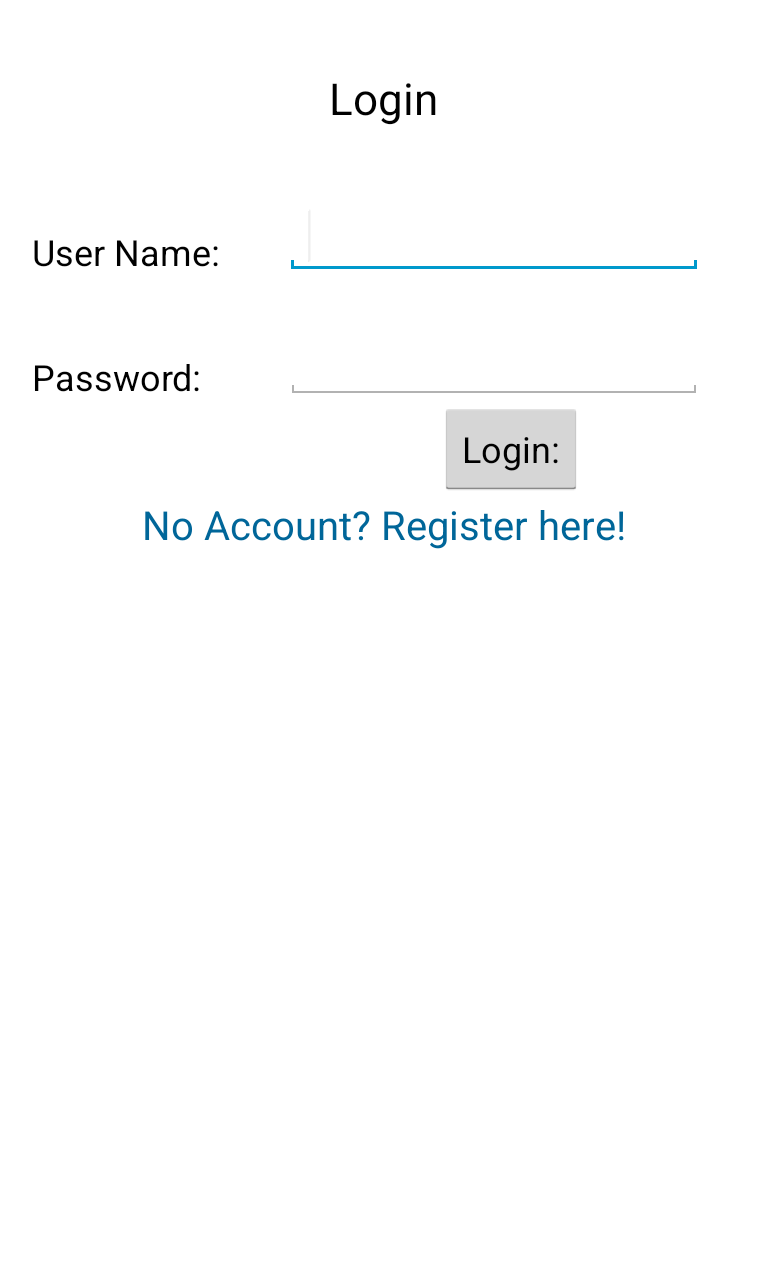
Repository: chrisberry/WebAPIWithAndroidUI
Layout: PeopleAPIAndroid/PeopleAPI/res/layout/login_main.xml
These files come from the project's save history. The layout is drawn as it stood at one moment and after the next save; the edit follows.
It is drawn on a 768 x 1280 px phone screen (xhdpi) without system bars, with theme AppTheme; the app's code is not run.

Above is the layout before, as saved 2014-02-11 18:26:45.

After the next save:
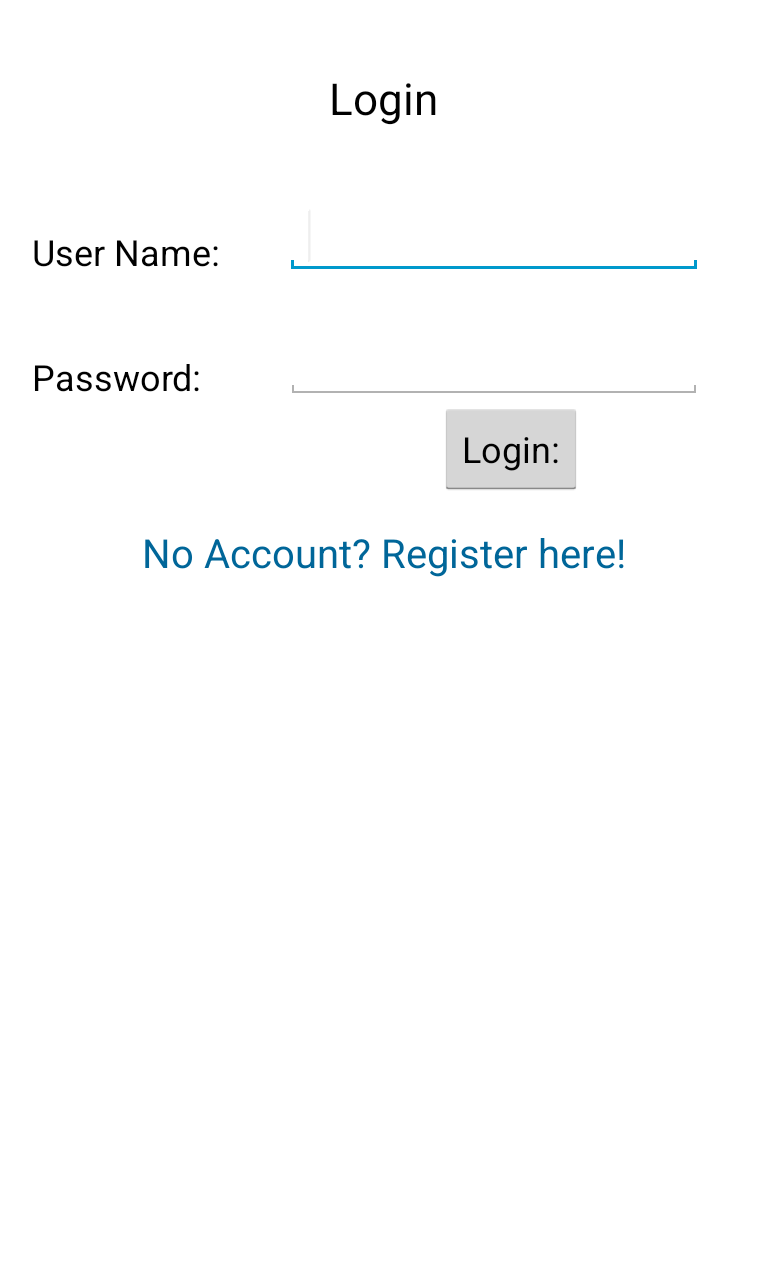
Saved 12 s later.
--- a/PeopleAPIAndroid/PeopleAPI/res/layout/login_main.xml
+++ b/PeopleAPIAndroid/PeopleAPI/res/layout/login_main.xml
@@ -70,13 +70,14 @@
         android:text="@string/login" />
 
     <TextView
+        style="@style/CodeFont"
         android:layout_width="wrap_content"
         android:layout_height="wrap_content"
         android:layout_below="@+id/button1"
         android:layout_centerHorizontal="true"
+        android:layout_marginTop="14dp"
         android:onClick="showRegister"
         android:text="@string/register_prompt"
-        style="@style/CodeFont"
         android:textSize="20sp" />
 
 </RelativeLayout>
